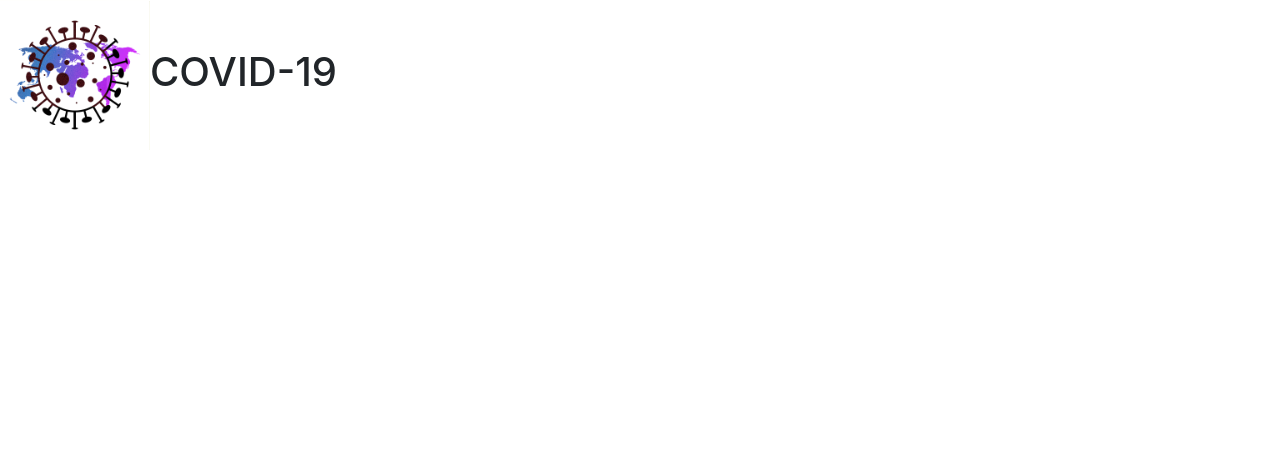
Repository: AndreyRi13/1erparcial1151804
Page: Home.html
These files come from the project's save history. The page is drawn as it stood at one moment and after the next save; the edit follows.
The browser window is 1280 px wide. The pictures show the whole page.

Above is the page before, as saved 2020-10-06 07:12:53.
Console error (its wording comes from the project's code and is left out).

After the next save:
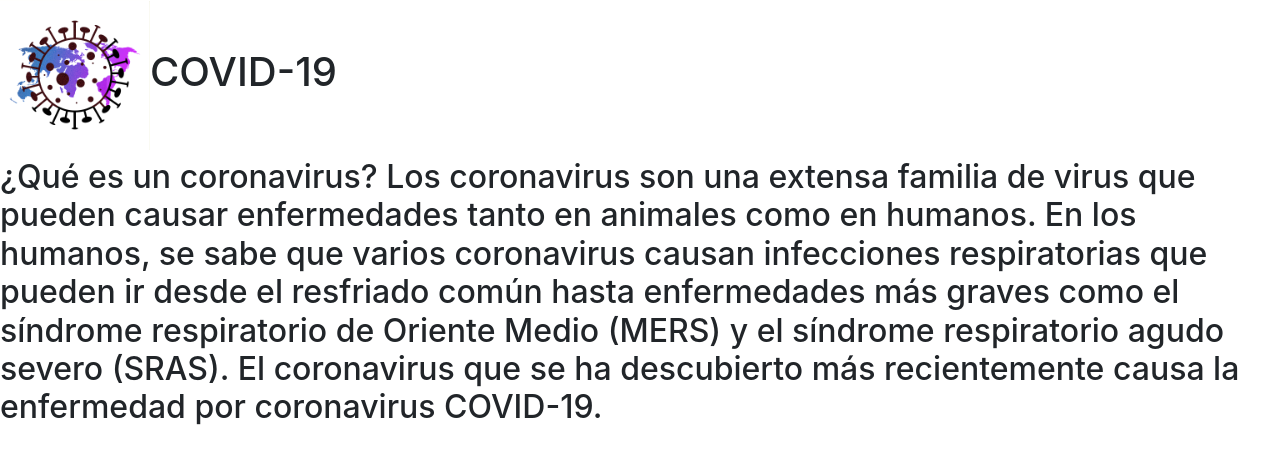
Saved 6 s later.
--- a/Home.html
+++ b/Home.html
@@ -15,7 +15,15 @@
 
 
 
-
+        <h2>¿Qué es un coronavirus?
+            Los coronavirus son una extensa familia de virus que pueden
+            causar enfermedades tanto en animales como en humanos. En
+            los humanos, se sabe que varios coronavirus causan infecciones
+            respiratorias que pueden ir desde el resfriado común hasta
+            enfermedades más graves como el síndrome respiratorio de
+            Oriente Medio (MERS) y el síndrome respiratorio agudo severo
+            (SRAS). El coronavirus que se ha descubierto más
+            recientemente causa la enfermedad por coronavirus COVID-19.</h2>
 
 
 
